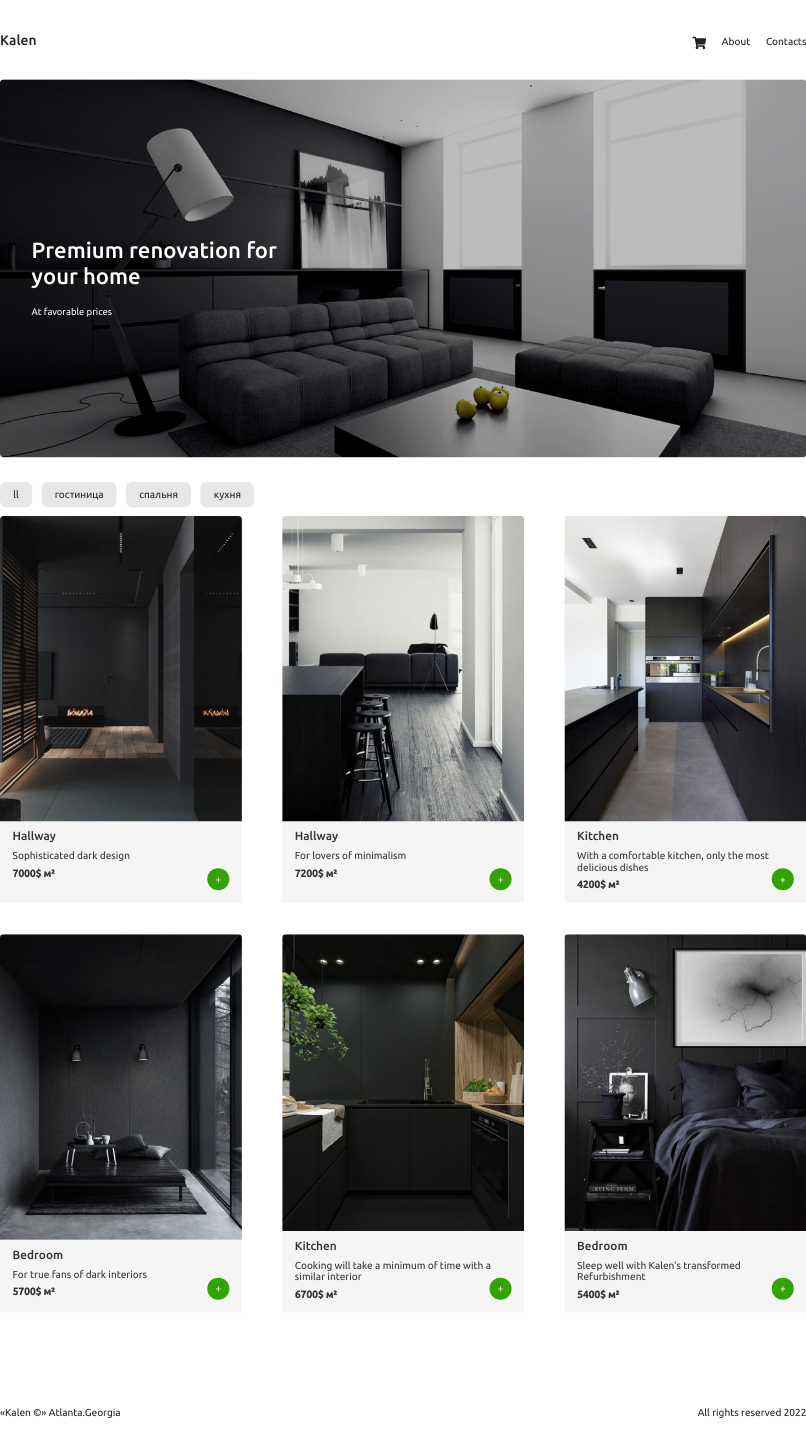
Repository: luckystar20206/e-commerce-react
Page: /
These files come from the project's save history. The page is drawn as it stood at one moment and after the next save; the edit follows.
The browser window is 1280 px wide. The pictures show the whole page, at 63% of full size.
The project was rebuilt for these pictures with package versions that can differ from the ones it lists, and the page was loaded fresh each time. Also part of the build but not shown: src/components/Order/Order.css, src/components/Order/Order.jsx.

Above is the page before, as saved 2022-12-02 00:58:50.

### public/index.html
<!DOCTYPE html>
<html lang="ru">
	<head>
    	<meta charset="utf-8" />
    	<link rel="shortcut icon" href="img/logo.svg" type="image/png">
    	<meta name="viewport" content="width=device-width, initial-scale=1" />
    	<title>Kalen | apartments</title>
		<meta name="keywords" content="Premium renovation for your apartments">
    	<meta name="discription" content="Kalen professionally transform your apartments, taking into account all the details of the repair.">
		<link rel="preconnect" href="https://fonts.googleapis.com">
		<link rel="preconnect" href="https://fonts.gstatic.com" crossorigin>
		<link href="https://fonts.googleapis.com/css2?family=Ubuntu:wght@400;500&display=swap" rel="stylesheet">
	</head>
	<body>
    	<noscript>You need to enable JavaScript to run this app.</noscript>

    	<div id="root"></div>

  	</body>
</html>

### src/index.css
* {
	margin: 0;
	padding: 0;
}

body {
	background: #fff;
	color: #222;
	font-family: 'Ubuntu', sans-serif;
}

h3 {
	font-weight: 500;
}


.app {
	width: 1280px;
	margin: 50px auto;
	padding: 0;
}

### src/App.jsx
import React, { Component } from 'react';
import Header from './components/Header/Header.jsx'
import Footer from './components/Footer/Footer.jsx'
import Items from './components/Items/Items'
import Categories from './components/Categories/Categories.jsx';

export default class App extends Component {
	constructor(props) {
		super(props)
		this.state = {
			orders: [],
			currentItems: [],
			items: [
				{
					id: 1,
					title: 'Hallway',
					img: '1_img.jpg',
					desc: 'Sophisticated dark design',
					category: 'Hallway',
					price: '7000$ м²'
				},
				{
					id: 2,
					title: 'Hallway',
					img: '2_img.jpg',
					desc: 'For lovers of minimalism',
					category: 'Hallway',
					price: '7200$ м²'
				},
				{
					id: 3,
					title: 'Kitchen',
					img: '3_img.jpg',
					desc: 'With a comfortable kitchen, only the most delicious dishes',
					category: 'Kitchen',
					price: '4200$ м²'
				},
				{
					id: 4,
					title: 'Bedroom',
					img: '4_img.jpg',
					desc: 'For true fans of dark interiors',
					category: 'Bedroom',
					price: '5700$ м²'
				},
				{
					id: 5,
					title: 'Kitchen',
					img: '5_img.jpg',
					desc: 'Cooking will take a minimum of time with a similar interior',
					category: 'Kitchen',
					price: '6700$ м²'
				},
				{
					id: 6,
					title: 'Bedroom',
					img: '6_img.jpg',
					desc: 'Sleep well with Kalen\'s transformed Refurbishment',
					category: 'Bedroom',
					price: '5400$ м²'
				}
			]
		}
		this.state.currentItems = this.state.items
		this.addToOrder = this.addToOrder.bind(this)
		this.deleteOrder = this.deleteOrder.bind(this)
		this.chooseCategory = this.chooseCategory.bind(this)
	}

	deleteOrder(id) {
		this.setState({
			orders: this.state.orders.filter(el => el.id !== id
		)})
	}

	addToOrder(item) {
		let isInArray = false

		this.state.orders.forEach(el => {
			if(el.id === item.id)
				isInArray = true
		})
		if (!isInArray)
			this.setState({ orders: [...this.state.orders, item] })
	}

	chooseCategory(category) {
		if (category === 'all') {
			this.setState({currentItems: this.state.items})
			return
		}

		this.setState({
			currentItems: this.state.items.filter(el => el.category === category)
		})
	}

	render() {
		return (
			<div className='app'>
				<Header orders={this.state.orders} onDelete={this.deleteOrder}/>
				<Categories chooseCategory={this.chooseCategory}/>
				<Items items={this.state.currentItems} onAdd={this.addToOrder}/>
				<Footer />
			</div>
		);
	}
}

### src/components/Header/Header.jsx
import React, { useState } from 'react'
import './Header.css'
import { FaShoppingCart } from "react-icons/fa";
import Order from '../Order/Order'

const showOrders = (props) => {
    let total = 0
    props.orders.forEach(el => total += Number.parseFloat(el.price))
    return (
        <div>
            {props.orders.map(el => (
                <Order
                    onDelete={props.onDelete}
                    key={el.id}
                    item={el}
                />
            ))}
            <p className='total'>Count: {total}$</p>
        </div>
    )
}

const showNothing = (props) => {
    return (
        <div className='header__notFound'>
            <h4>Cart is empty</h4>
        </div>
    )
}

export default function Header(props) {
    let [cartOpen, setCartOpen] = useState(false)
    return (
        <header>
            <div className='header'>
                <span className="header__logo">Kalen</span>
                <ul className="header__nav">
                    <li>About</li>
                    <li>Contacts</li>
                </ul>
                <FaShoppingCart
                    onClick={() => setCartOpen(cartOpen = !cartOpen)}
                    className={`header__shop ${cartOpen && 'active'}`}
                />
                {cartOpen && (
                    <div className='header__shop-open'>
                        {props.orders.length > 0  ?
                        showOrders(props) : showNothing()}
                    </div>
                )}
            </div>
            <div className='header__images'></div>
        </header>
    )
}

### src/components/Footer/Footer.jsx
import React from 'react'
import './footer.css'

export default function Footer() {
    return (
        <footer>
            <p>«Kalen &copy;» Atlanta.Georgia</p>
            <p>All rights reserved 2022</p>
        </footer>
    )
}

### src/components/Items/Items.jsx
import React, { Component } from 'react'
import './Items.css'
import Item from '../Item/Item'

export class Items extends Component {
	render() {
		return (
      		<main>
				{this.props.items.map(el => (
					<Item
						key={el.id}
						item={el}
						onAdd={this.props.onAdd}
					/>
				))}
			</main>
    	)
  	}
}

export default Items

### src/components/Categories/Categories.jsx
import React, { Component } from 'react'
import './Categories.css'

export class Categories extends Component {
    constructor(props) {
        super(props)
        this.state = {
            categories: [
                {
                    key: 'all',
                    name: 'll'
                },
                {
                    key: 'Hallway',
                    name: 'гостиница'
                },
                {
                    key: 'Bedroom',
                    name: 'спальня'
                },
                {
                    key: 'Kitchen',
                    name: 'кухня'
                }
            ]
        }
    }
    render() {
        return (
            <div className='categories'>
                {this.state.categories.map(el => (
                    <div key={el.key} onClick={() => this.props.chooseCategory(el.key)}>{el.name}</div>
                ))}
            </div>
        )
    }
}

export default Categories

### src/components/Header/Header.css
.header {
	position: relative;
	font-weight: 500;
	font-size: 22px;
}

.header__shop {
	margin-top: 7px;
	float: right;
	align-items: center;
	cursor: pointer;
	transition: 0.3s;
}

.header__shop:hover,
.header__shop.active {
	color: rgb(49, 164, 3)
}

.header__shop-open {
	position: absolute;
	top: 30px;
	right: 0;
	width: 450px;
	background: #f1f1f1;
	box-shadow: 4px 5px 15px -7px #606060;
	z-index: 1000;

	padding: 20px;
}

.header__notFound h4 {
	font-weight: 400;
	flex: 20px;
	margin-bottom: 20px;
}

.header__nav {
	float: right;
	list-style: none;
}

.header__nav li {
	display: inline;
	margin-left: 25px;
	cursor: pointer;
	font-size: 16px;
	font-weight: 300;
	transition: 0.3s;
}

.header__nav li:hover {
	opacity: 0.7;
}

.header__images {
	margin: 50px auto;
	background: url('/src/img/main_img.jpg') no-repeat;
	background-size: cover;
	background-position: center center;
	background-blend-mode: multiply;
	background-color: #bcbcbc;
	border-radius: 6px;
	width: 100%;
	height: 600px;
	position: relative;
}

.header__images::after {
	content: 'Premium renovation for your home';
	max-width: 400px;
	position: absolute;
	top: 250px;
	left: 50px;
	font-size: 35px;
	font-weight: 500;
	color: #fff
}

.header__images::before {
	content: 'At favorable prices';
	position: absolute;
	top: 360px;
	left: 50px;
	font-size: 15px;
	font-weight: 300;
	color: #fff
}

.total {
	float: left;
	font-size: 18px;
	margin-top: 15px;
}

### src/components/Footer/footer.css
footer {
	display: flex;
	justify-content: space-between;
	align-items: center;
	margin-top: 100px;
}

### src/components/Items/Items.css
main {
    display: flex;
    width: 100%;
    flex-wrap: wrap;
    justify-content: space-between;
}

### src/components/Item/Item.jsx
import React, { Component } from 'react'
import './Item.css'

export class Item extends Component {
    render() {
        return (
            <div className='card'>
                <img src={'./img/' + this.props.item.img} alt="img" />
                <h3 className='card__title'>{this.props.item.title}</h3>
                <p className='card__desc'>{this.props.item.desc}</p>
                <b className='card__price'>{this.props.item.price}</b>
                <div
                    className='card__add'
                    onClick={() =>
                        this.props.onAdd(this.props.item)
                    }>
                        +
                </div>
            </div>
        )
    }
}

export default Item

### src/components/Categories/Categories.css
.categories {
    margin-bottom: 25px;
}

.categories div {
    cursor: pointer;
    display: inline;
    background: #e7e7e7;
    border-radius: 10px;
    padding: 10px 20px;
    margin-right: 15px;
    border: 1px solid transparent;
    transition: 0.3s;
}

.categories div:hover {
    border-color: silver;

}

### src/components/Item/Item.css
.card {
    width: 30%;
    margin-bottom: 50px;
    background: #f5f5f5;
    overflow: hidden;
    position: relative;
    padding-bottom: 20px;
}

.card img {
    width: 100%;
    border-radius: 6px 6px 0 0;
    transition: 0.6s;
    cursor: pointer;
}

.card img:hover {
    transform: scale(1.05);
}

.card__title ,
.card__desc,
.card__price {
    margin: 10px 20px;
    color: #333;
}

.card__add {
    position: absolute;
    right: 20px;
    bottom: 20px;
    background: rgb(49, 164, 3);
    width: 35px;
    height: 35px;
    text-align: center;
    line-height: 35px;
    color: #fff;
    border-radius: 50%;
    cursor: pointer;
    transition: 0.6s;
}

.card__add:hover {
    transform: scale(1.05) translateY(-5px);
}

Loaded but not shown: src/index.js (common file)

After the next save:
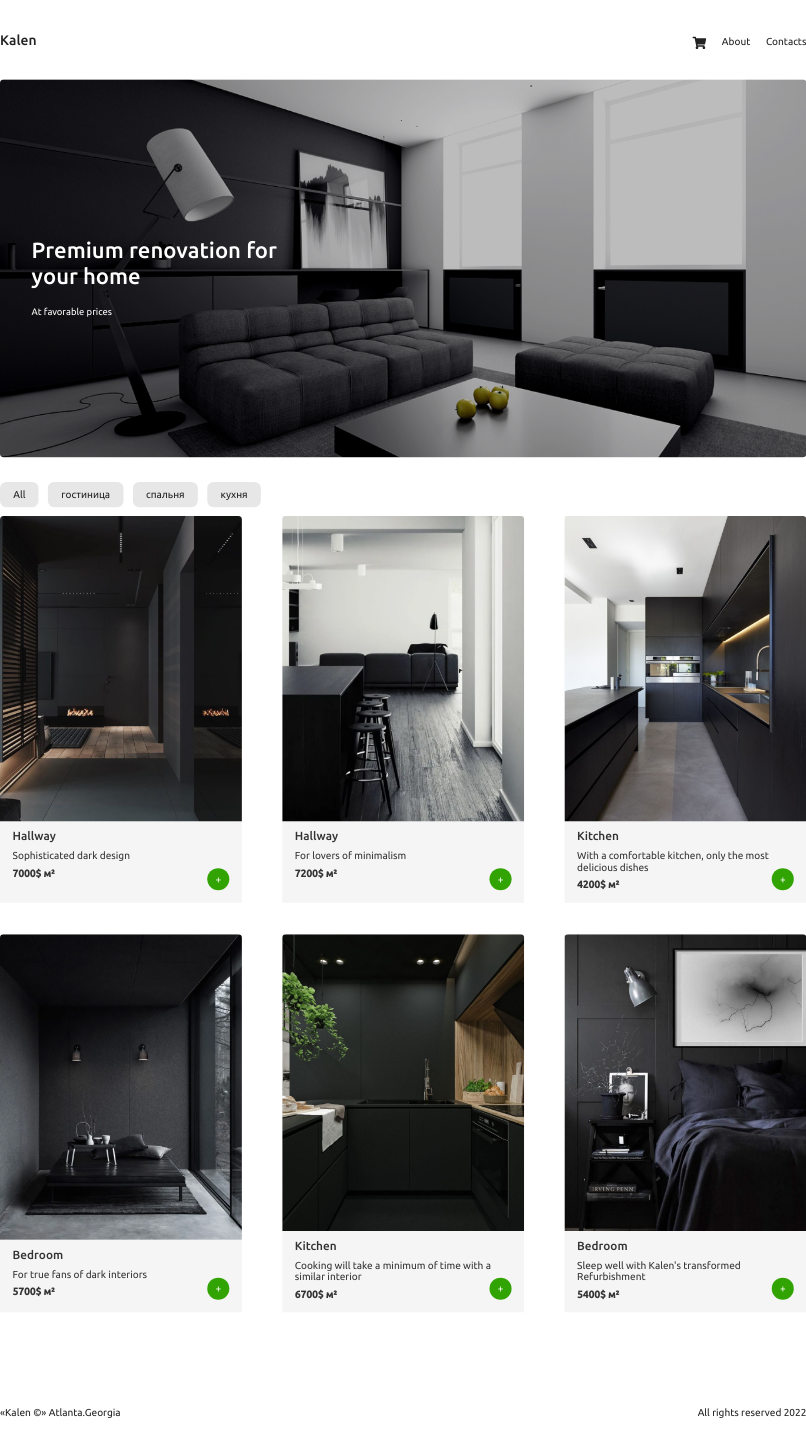
Saved 4 s later.
--- a/src/components/Categories/Categories.jsx
+++ b/src/components/Categories/Categories.jsx
@@ -8,7 +8,7 @@ export class Categories extends Component {
             categories: [
                 {
                     key: 'all',
-                    name: 'll'
+                    name: 'All'
                 },
                 {
                     key: 'Hallway',
